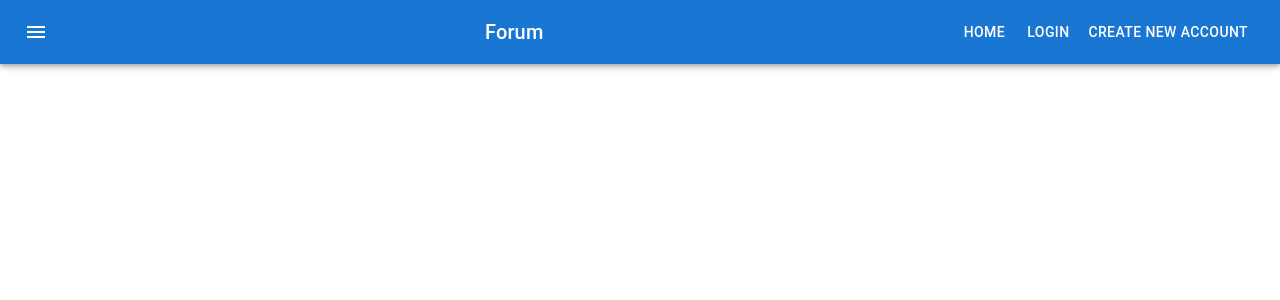
Repository: nj10deadend/mern-app-w-gql
Page: /my-posts (app in client/climate-forum/)
An editor plug-in stored every save of this project. The page is shown before and after the next save, followed by the edit.
The browser window is 1280 px wide. The pictures show the whole page.
The project was rebuilt for these pictures with package versions that can differ from the ones it lists, and the page was loaded fresh each time. Also part of the build but not shown: client/climate-forum/src/components/Login.js, client/climate-forum/src/components/Registration.js, client/climate-forum/src/components/ClimatePost.js, client/climate-forum/src/components/CreateIssue.js, client/climate-forum/src/Home.js.

Above is the page before, as saved 2022-01-13 01:47:48.

After the next save:
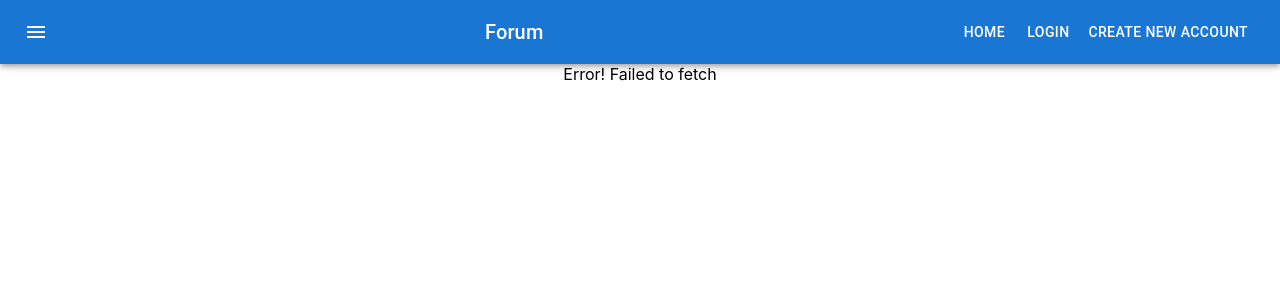
Saved 89 s later.
--- a/client/climate-forum/src/components/UserPosts.js
+++ b/client/climate-forum/src/components/UserPosts.js
@@ -15,9 +15,19 @@ export default function UserPosts() {
 
     const { loading, error, data } = useQuery(FETCH_MY_POSTS);
     console.log(data);
-    return (
+
+    if (loading) {
+        return (
+            <div>
+                <LinearProgress />
+                <p>Loading...</p>
+            </div>
+        )
+    } else if (error) {
+        return `Error! ${error.message}`
+    } else return (
         <div className="App">
-            {/* <div>
+            <div>
                 {loading ? (
                     <div>
                         <LinearProgress />
@@ -31,7 +41,7 @@ export default function UserPosts() {
                         )
                     })
                 )}
-            </div> */}
+            </div>
 
         </div>
     )
